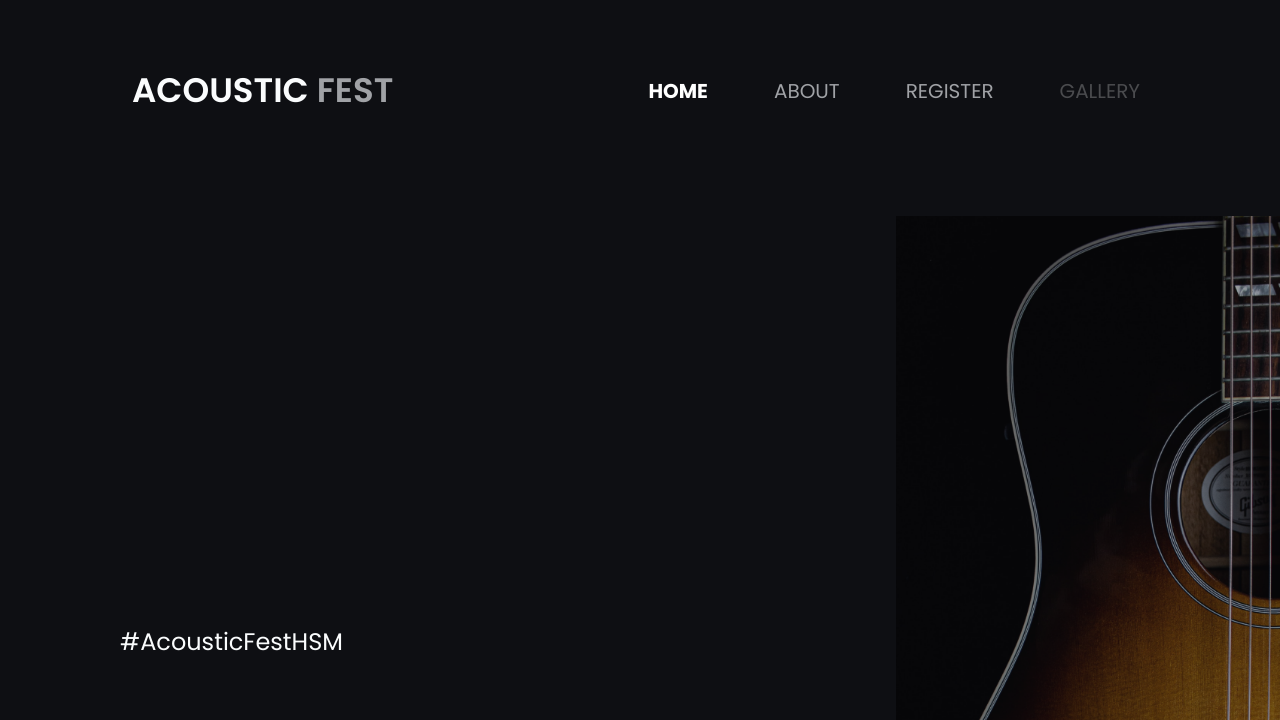
Repository: piyushiso/piyushiso.github.io
Page: event/acousticfest/index.html
An editor plug-in stored every save of this project. The page is shown before and after the next save, followed by the edit.
The browser window is 1280 px wide. The pictures show the whole page.
The pointer rests on the first visible `.hashtag span`.
Some web fonts or font styles are not loaded; a fallback is used.

Above is the page before, as saved 2022-05-17 18:21:00.

### event/acousticfest/index.html
<html lang="en">
<head>
    <meta charset="UTF-8">
    <meta http-equiv="X-UA-Compatible" content="IE=edge">
    <meta name="viewport" content="width=device-width, initial-scale=1.0">
    <link href="https://cdn.jsdelivr.net/npm/bootstrap@5.2.0-beta1/dist/css/bootstrap.min.css" rel="stylesheet" integrity="sha384-0evHe/X+R7YkIZDRvuzKMRqM+OrBnVFBL6DOitfPri4tjfHxaWutUpFmBp4vmVor" crossorigin="anonymous">
    <link href="https://unpkg.com/aos@2.3.1/dist/aos.css" rel="stylesheet">
    <link href="styles/style.css" rel="stylesheet" type="text/css"/>
    <title>Acoustic Fest 2022</title>
</head>
<body>
    <nav class="navbar navbar-expand-lg fixed-top navbar-dark bg-dark">
        <div class="container-fluid">
          <a class="navbar-brand" href="#"><span class="primary">ACOUSTIC</span> FEST</a>
          <div class="d-flex">
            <button class="navbar-toggler" type="button" data-bs-toggle="collapse" data-bs-target="#navbarSupportedContent" aria-controls="navbarSupportedContent" aria-expanded="false" aria-label="Toggle navigation">
                <span class="navbar-toggler-icon"></span>
            </button>
            <div class="collapse navbar-collapse" id="navbarSupportedContent">
                <ul class="navbar-nav me-auto mb-2 mb-lg-0">
                    <li class="nav-item primary">
                        <a class="nav-link active" aria-current="page" href="#">HOME</a>
                    </li>
                    <li class="nav-item">
                        <a class="nav-link secondary" href="#">ABOUT</a>
                    </li>
                    <li class="nav-item">
                        <a class="nav-link secondary" href="#">REGISTER</a>
                    </li>
                    <li class="nav-item secondary">
                        <a class="nav-link disabled" href="#">GALLERY</a>
                    </li>
                </ul>
            </div>
          </div>
        </div>
    </nav>
    <div class="components">
        <div data-aos="fade-left" data-aos-duration="1000" class="fixed-bottom hashtag">
            <span class="secondary">#AcousticFestHSM</span>
        </div>
    </div>
    <script src="https://cdn.jsdelivr.net/npm/bootstrap@5.2.0-beta1/dist/js/bootstrap.bundle.min.js" integrity="sha384-pprn3073KE6tl6bjs2QrFaJGz5/SUsLqktiwsUTF55Jfv3qYSDhgCecCxMW52nD2" crossorigin="anonymous"></script>
    <script src="https://unpkg.com/aos@2.3.1/dist/aos.js"></script>
    <script src="https://ajax.googleapis.com/ajax/libs/jquery/3.6.0/jquery.min.js"></script>
    <script src="scripts/script.js"></script>
</body>
</html>

### event/acousticfest/styles/style.css
@import url('https://fonts.googleapis.com/css2?family=Montserrat:wght@100&family=Poppins:wght@100;400;500;600;700&display=swap');
@import url('http://fonts.cdnfonts.com/css/choco-cookies');

:root {
    --bg: #0E0F13;
    --primary: #FAFCFD;
    --secondary: #A0A2A6;
    --main-font: 'Poppins', sans-serif;
    --secondary-font: 'Choco Cookies', sans-serif;
    --bold: 700;
    --semi-bold: 600;
    --medium: 500;
    --regular: 400;
    --t1: 64px;
    --t2: 60px;
    --t3: 38px;
    --t4: 34px;
    --t5: 30px;
    --t6: 24px;
    --t7: 20px;
    --gap-x: 120px;
    --gap-y: 60px;
    --gap-sub: 30px;
}

body{
    background: var(--bg);
    color: var(--primary);
    font-family: var(--main-font);
    font-weight: var(--medium);
    font-size: var(--t6);
    letter-spacing: 5% !important;
    background-image: url("../assets/images/background.png");
    background-repeat: no-repeat;
    background-attachment: fixed;
    background-position: bottom right;
    background-size: 30% 70%;
}

nav {
    background: var(--bg) !important;
    padding: var(--gap-y) var(--gap-x)!important;
}

.navbar-dark, .bg-dark{
    background: var(--bg) !important;
    color: var(--primary);
}

.navbar-brand{
    font-size: var(--t4);
    color: var(--secondary);
    font-weight: var(--semi-bold);
}

.nav-item a{
    font-size: var(--t7);
    font-weight: var(--regular);
}

.active{
    font-weight: var(--bold) !important;
}

.navbar ul li{
    padding-left: 50px;
}

.primary{
    color: var(--primary);
}

.secondary{
    color: var(--secondary);
}

.components{
    padding: var(--gap-y) var(--gap-x);
}

.hashtag{
    padding: inherit;
    font-size: var(--t7);
    font-weight: var(--regular);
}

.hashtag span:hover{
    color: var(--primary);
    font-size: var(--t6);
    transition: .5s;
}

### event/acousticfest/scripts/script.js
AOS.init()
$('.hashtag').click(function () {
    alert("HEY")
})

After the next save:
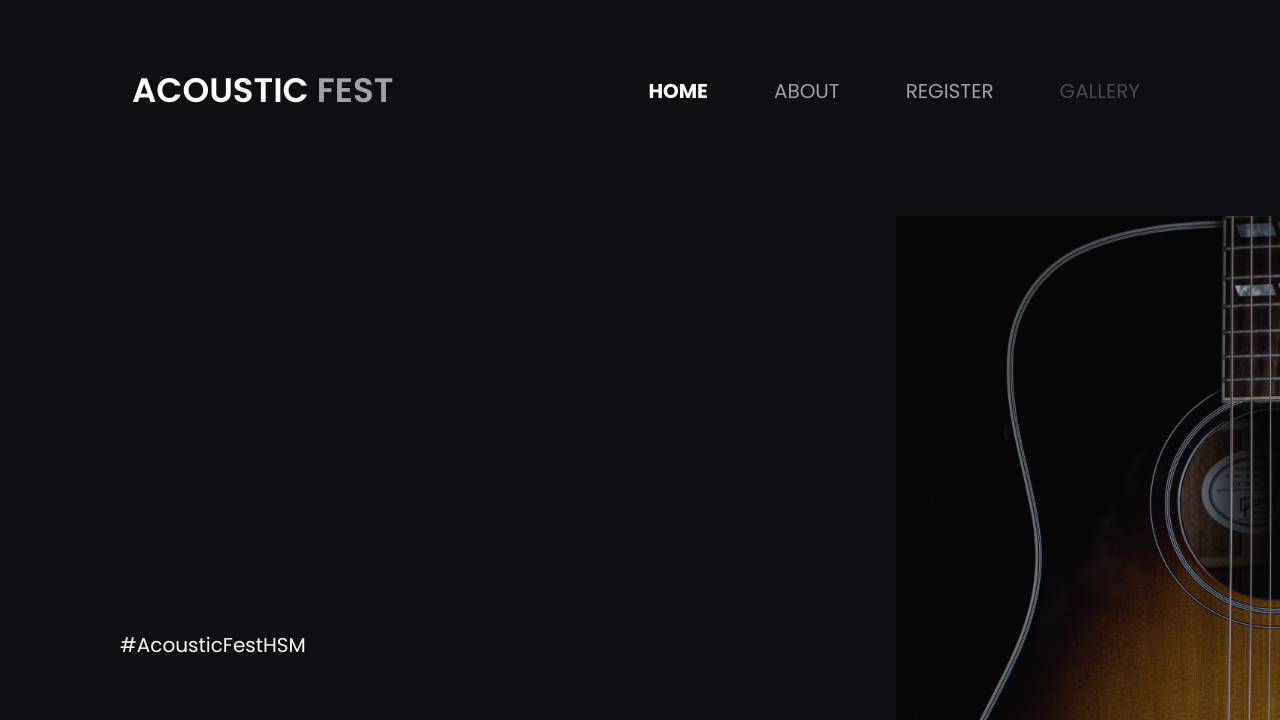
Saved 7 s later.
--- a/event/acousticfest/styles/style.css
+++ b/event/acousticfest/styles/style.css
@@ -86,6 +86,6 @@
 
 .hashtag span:hover{
     color: var(--primary);
-    font-size: var(--t6);
+    font-size: var(--t7);
     transition: .5s;
 }

After the 6 saves that followed:
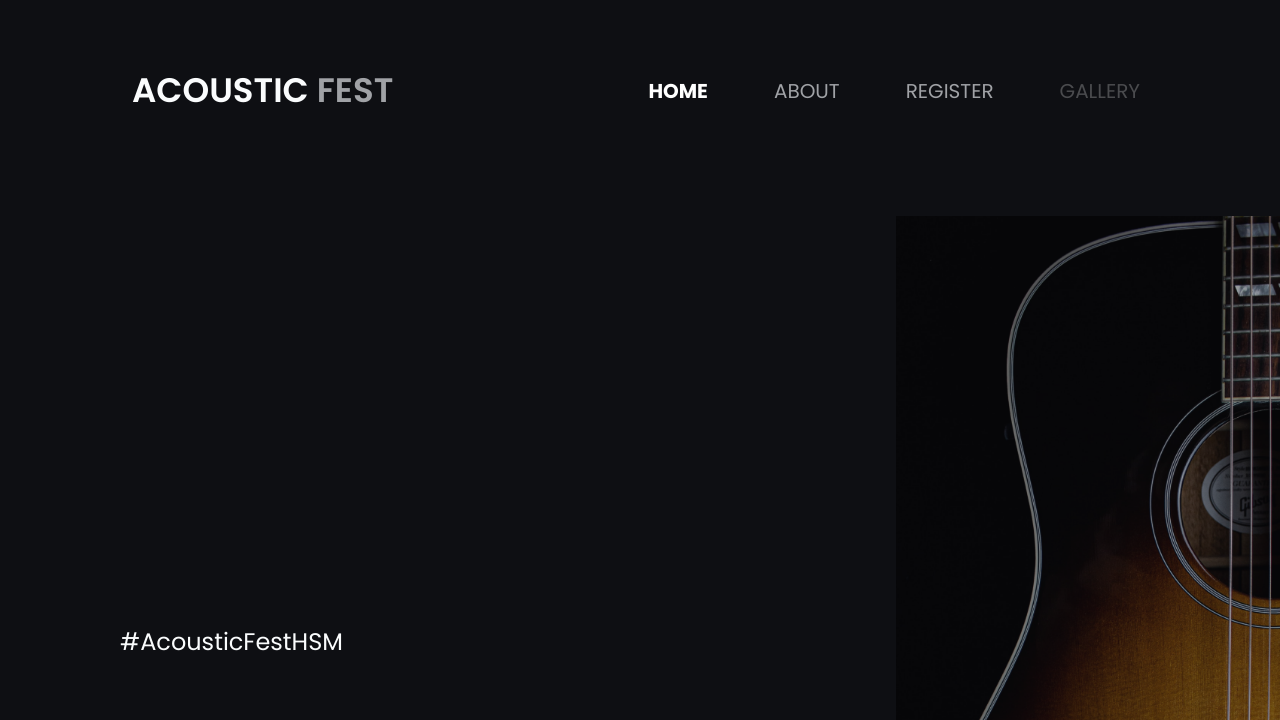
The 6 saves are shown as one change because 3 left the picture as it was and some came seconds apart.
The last was saved 42 s later.
--- a/event/acousticfest/styles/style.css
+++ b/event/acousticfest/styles/style.css
@@ -82,10 +82,11 @@
     padding: inherit;
     font-size: var(--t7);
     font-weight: var(--regular);
+    transition: .5s;
 }
 
 .hashtag span:hover{
     color: var(--primary);
-    font-size: var(--t7);
+    font-size: var(--t6);
     transition: .5s;
 }
